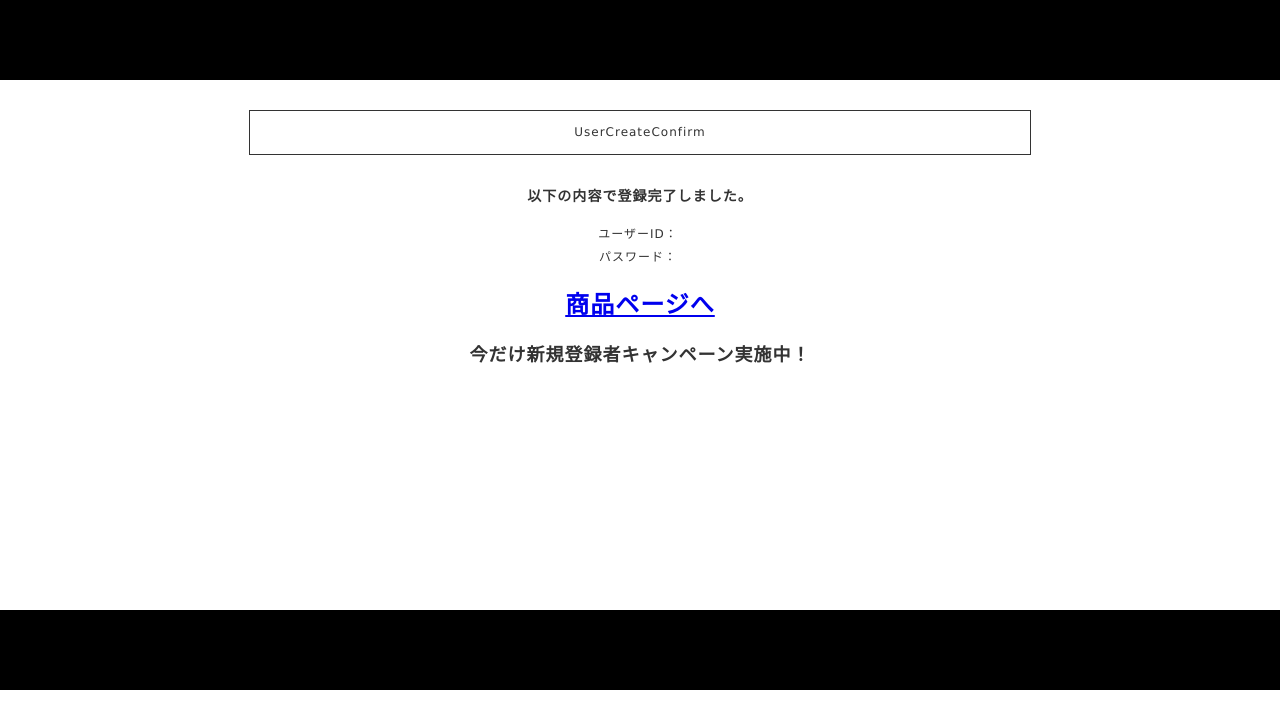
Repository: y321sudo/test2
Page: http://localhost/Yukazon/userCreateComplete.jsp
The author's editor kept a copy of each file at every save. The page is drawn from the files as they stood at one save, then again after the next save.
The browser window is 1280 px wide. The pictures show the whole page.
The page is served by Tomcat 9. Other server files are loaded and not shown.

Above is the page before, as saved 2018-02-21 08:10:04.

### Yukazon/WebContent/userCreateComplete.jsp
<%@ page language="java" contentType="text/html; charset=UTF-8" pageEncoding="UTF-8"%>
<%@ taglib prefix="s" uri="/struts-tags"%>

<!DOCTYPE html>
<html>
<head>
	<meta charset="utf-8">
	<meta http-equiv="Content-Type" content="text/html; charset=utf-8" />
	<meta http-equiv="Content-Style-Type" content="text/css" />
	<meta http-equiv="Content-Script-Type" content="text/javascript" />
	<meta http-equiv="imagetoolbar" content="no" />
	<meta name="description" content="" />
	<meta name="keywords" content="" />
	<meta charset="utf-8">
	<title>新規ユーザー登録完了画面</title>
	<style type="text/css">
		/* ========TAG LAYOUT======== */
		body {
		   margin:0;
		   padding:0;
		   line-height:1.6;
		   letter-spacing:1px;
		   font-family:Verdana, Helvetica, sans-serif;
		   font-size:12px;
		   color:#333;
		   background:#fff;
		}

		table {
			text-align:center;
			margin:0 auto;
		}

		/* ========ID LAYOUT======== */
		#top {
		   width:780px;
		   margin:30px auto;
		   border:1px solid #333;
		}

		#header {
		   width: 100%;
		   height: 80px;
		   background-color: black;
		}

		#main {
		   width: 100%;
		   height: 500px;
		   text-align: center;
		}
		#box {
			border: 1px solid #000000;
		}

		#footer {
			width: 100%;
			height: 80px;
			background-color: black;
			clear:both;
		}
	</style>
</head>
<body>
	<div id="header">
	</div>
	<div id="main">
		<div id="top">
			<p>UserCreateConfirm</p>
		</div>
		<div>
			<h3>以下の内容で登録完了しました。</h3>
			<table>
					<tr id="box">
						<td>
							<label>ユーザーID：</label>
						</td>
						<td>
							<s:property value="loginUserId" escape="false" />
						</td>
					</tr>
					<tr id="box">
						<td>
							<label>パスワード：</label>
						</td>
						<td>
							<s:property value="loginPassword" escape="false" />
						</td>
					</tr>
			</table>
			<div>
				<h1><a href="http://localhost:8080/Yukazon/buyItem.jsp">商品ページへ</a></h1>
			</div>
		</div>
		<tr>
		<td>
			<h2>今だけ新規登録者キャンペーン実施中！</h2>
		</td>
		</tr>
	</div>
	<div id="footer">
	</div>
</body>
</html>

After the next save:
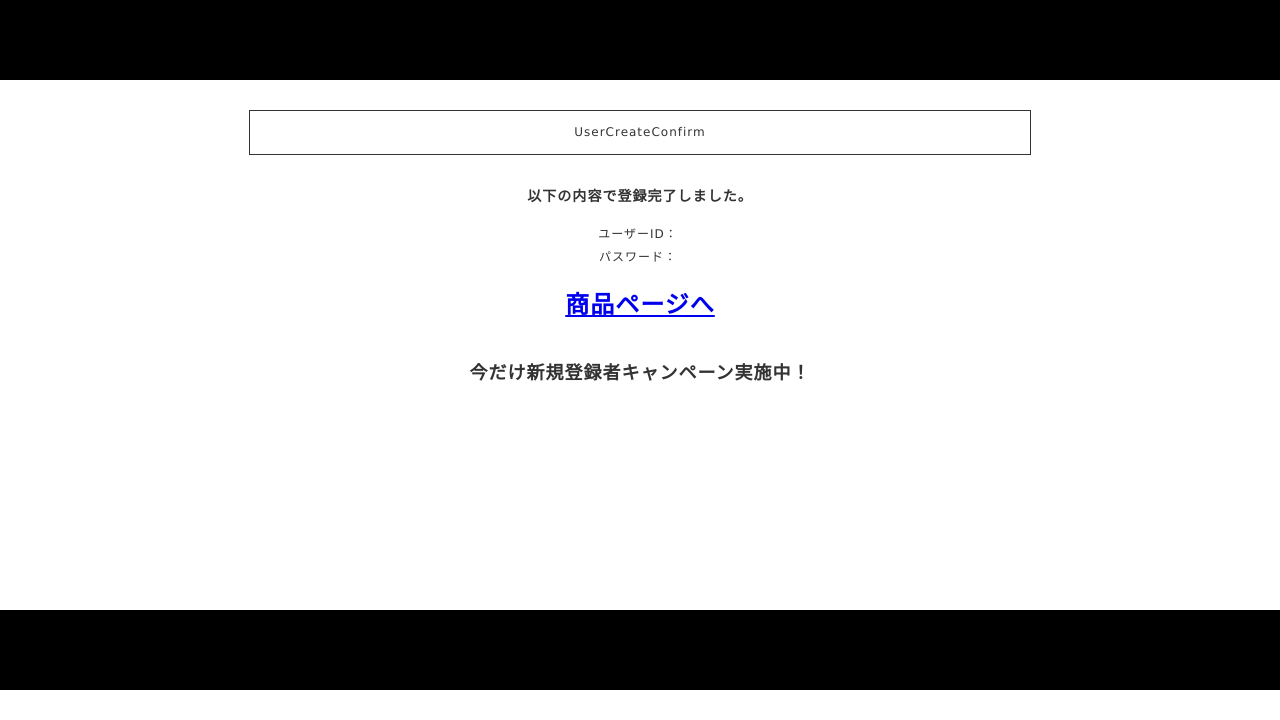
Saved 57 s later.
--- a/Yukazon/WebContent/userCreateComplete.jsp
+++ b/Yukazon/WebContent/userCreateComplete.jsp
@@ -92,11 +92,13 @@
 				<h1><a href="http://localhost:8080/Yukazon/buyItem.jsp">商品ページへ</a></h1>
 			</div>
 		</div>
+		<table>
 		<tr>
 		<td>
 			<h2>今だけ新規登録者キャンペーン実施中！</h2>
 		</td>
 		</tr>
+		</table>
 	</div>
 	<div id="footer">
 	</div>
